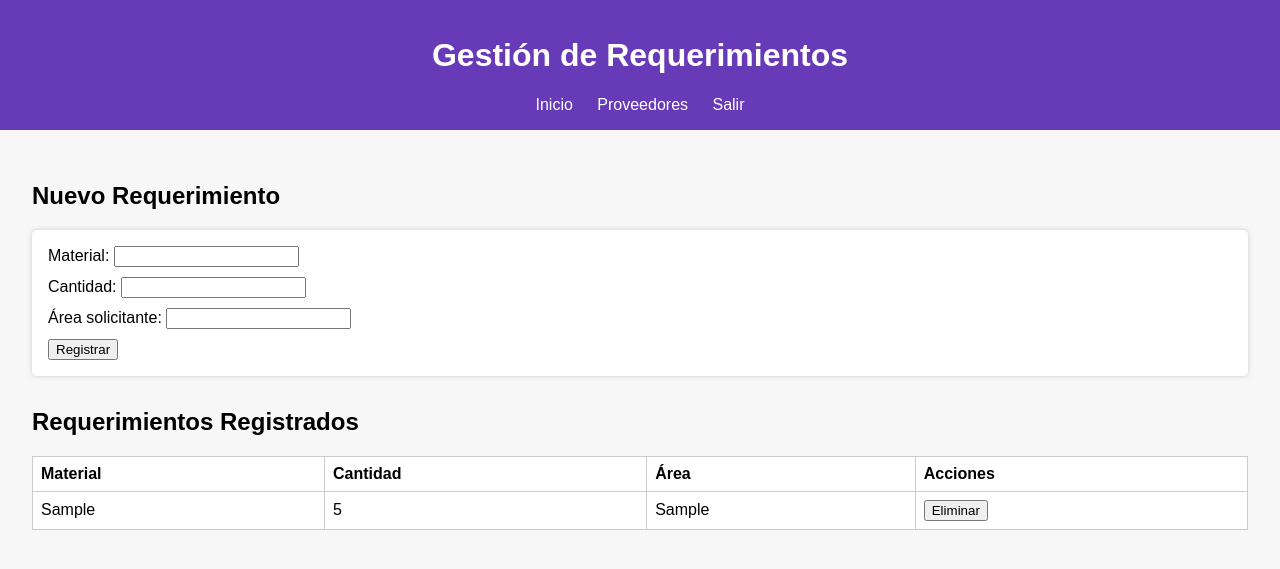
Repository: djkeviin/Mi-primera-chamba
Page: views/requerimientos.html
The author's editor kept a copy of each file at every save. The page is drawn from the files as they stood at one save, then again after the next save.
The browser window is 1280 px wide. The pictures show the whole page.
Empty fields were first filled with sample values (such as "Sample", 5 or name@example.com).
After loading, the first visible `#formRequerimiento` was submitted once.

Above is the page before, as saved 2025-05-01 22:00:42.

After the next save:
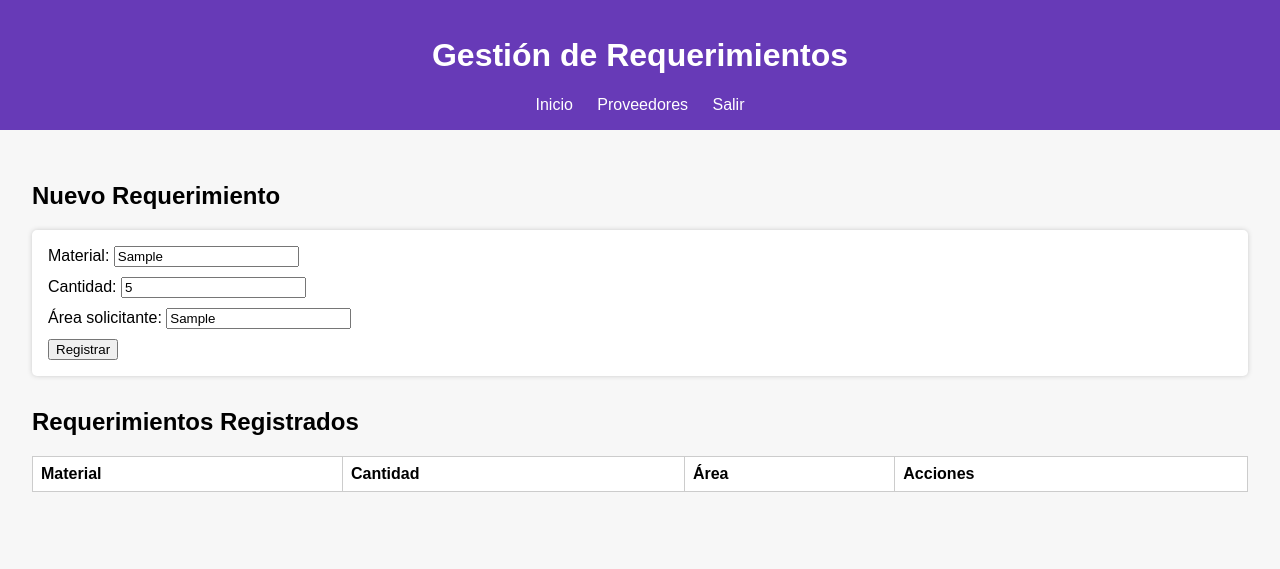
Console error: TypeError: Cannot read properties of null (reading 'value')
Saved 32 min 39 s later.
--- a/js/requerimientos.js
+++ b/js/requerimientos.js
@@ -1,25 +1,27 @@
-document.getElementById("formRequerimiento").addEventListener("submit", function(e) {
+document.getElementById("formRequerimiento").addEventListener("submit", function (e) {
     e.preventDefault();
 
-    const material = this.material.value;
-    const cantidad = this.cantidad.value;
-    const area = this.area.value;
+    const idRequerimiento = document.getElementById("idRequerimiento").value;
+    const fecha = document.getElementById("fecha").value;
+    const material = document.getElementById("material").value;
+    const cantidad = document.getElementById("cantidad").value;
 
-    const tabla = document.getElementById("tablaRequerimientos");
-    const fila = document.createElement("tr");
+    const nuevoRequerimiento = {
+      idRequerimiento,
+      fecha,
+      material,
+      cantidad
+    };
 
-    fila.innerHTML = `
-      <td>${material}</td>
-      <td>${cantidad}</td>
-      <td>${area}</td>
-      <td><button onclick="eliminarFila(this)">Eliminar</button></td>
-    `;
+    // Obtener requerimientos actuales
+    let requerimientos = JSON.parse(localStorage.getItem("requerimientos")) || [];
 
-    tabla.appendChild(fila);
+    // Agregar nuevo requerimiento
+    requerimientos.push(nuevoRequerimiento);
+
+    // Guardar en localStorage
+    localStorage.setItem("requerimientos", JSON.stringify(requerimientos));
+
+    alert("Requerimiento registrado con éxito");
     this.reset();
   });
-
-  function eliminarFila(btn) {
-    const fila = btn.parentNode.parentNode;
-    fila.remove();
-  }
